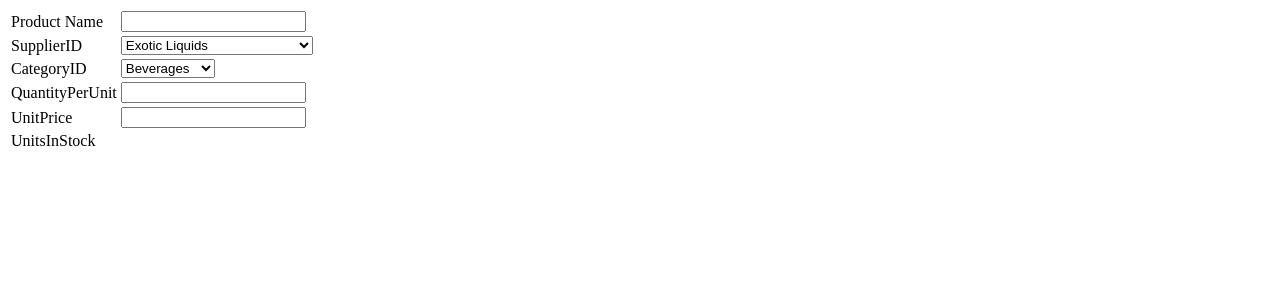
Repository: kaza1509/PRJ301
Page: SE1613/web/addProducts.html
The author's editor kept a copy of each file at every save. The page is drawn from the files as they stood at one save, then again after a run of saves.
The browser window is 1280 px wide. The pictures show the whole page.

Above is the page before, as saved 2022-01-19 16:54:32.

### SE1613/web/addProducts.html
<!DOCTYPE html>
<html lang="en">
    <head>
        <meta charset="UTF-8">
        <meta http-equiv="X-UA-Compatible" content="IE=edge">
        <meta name="viewport" content="width=device-width, initial-scale=1.0">
        <title>Document</title>
    </head>
    <body>
        <table>
            <tr>
                <td>Product Name</td>
                <td>
                    <input type="text">
                </td>
            </tr>
            <tr>
                <td>SupplierID</td>
                <td>
                    <select name="" id="SupplierID">
                        <option value="1">Exotic Liquids</option>
                        <option value="2">New Orleans Cajun Delights</option>
                        <option value="3">Grandma Kelly's Homestead</option>
                    </select>
                </td>
            </tr>
            <tr>
                <td>CategoryID</td>
                <td>
                    <select name="" id="CategoryID">
                        <option value="1">Beverages</option>
                        <option value="2">Condiments</option>
                        <option value="3">Confections</option>
                    </select>
                </td>
            </tr>
            <tr>
                <td>QuantityPerUnit</td>
                <td>
                    <input type="text">
                </td>
            </tr>
            <tr>
                <td>UnitPrice</td>
                <td>
                    <input type="number" name="" id="">
                </td>
            </tr>
            <tr>
                <td>UnitsInStock</td>
                <td>

                </td>
            </tr>
            <tr>
                <td></td>
                <td></td>
            </tr>
            <tr>
                <td></td>
                <td></td>
            </tr>
            <tr>
                <td></td>
                <td></td>
            </tr>
        </table>
    </body>
</html>

After the next 3 saves:
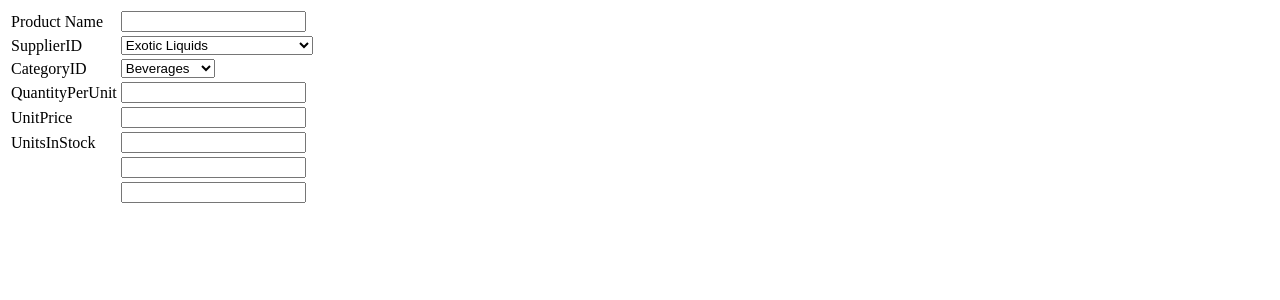
The 3 saves are shown as one change because they came seconds apart.
The last was saved 14 s later.
--- a/SE1613/web/addProducts.html
+++ b/SE1613/web/addProducts.html
@@ -49,16 +49,20 @@
             <tr>
                 <td>UnitsInStock</td>
                 <td>
-
+                    <input type="number" name="" id="">
                 </td>
             </tr>
             <tr>
                 <td></td>
-                <td></td>
+                <td>
+                    <input type="number" name="" id="">
+                </td>
             </tr>
             <tr>
                 <td></td>
-                <td></td>
+                <td>
+                    <input type="number" name="" id="">
+                </td>
             </tr>
             <tr>
                 <td></td>
